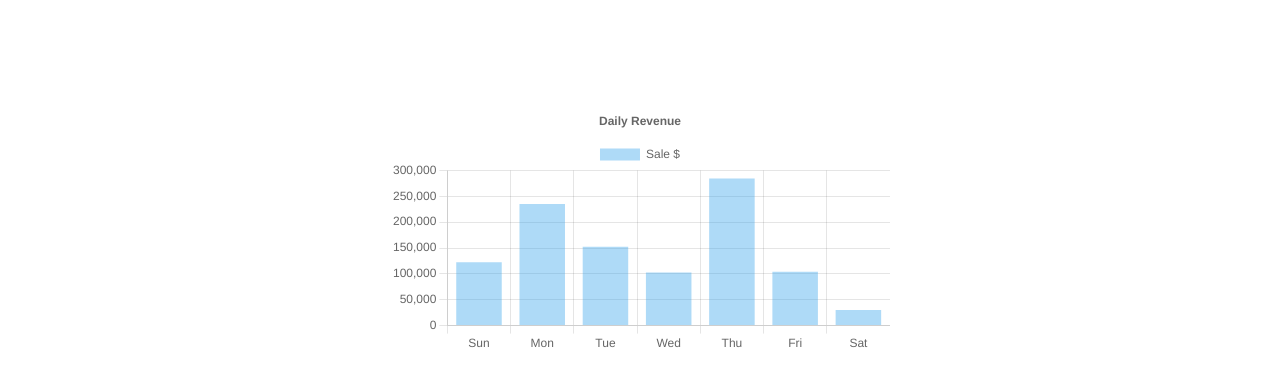
Repository: k8ANStar/exercise-5
Page: /
An editor plug-in stored every save of this project. The page is shown before and after the next save, followed by the edit.
The browser window is 1280 px wide. The pictures show the whole page.
The project was rebuilt for these pictures with package versions that can differ from the ones it lists, and the page was loaded fresh each time. The framework's server and built-in components were replaced by stand-ins that run in the browser. Also part of the build but not shown: next.config.mjs.

Above is the page before, as saved 2024-04-15 10:11:33.

After the next save:
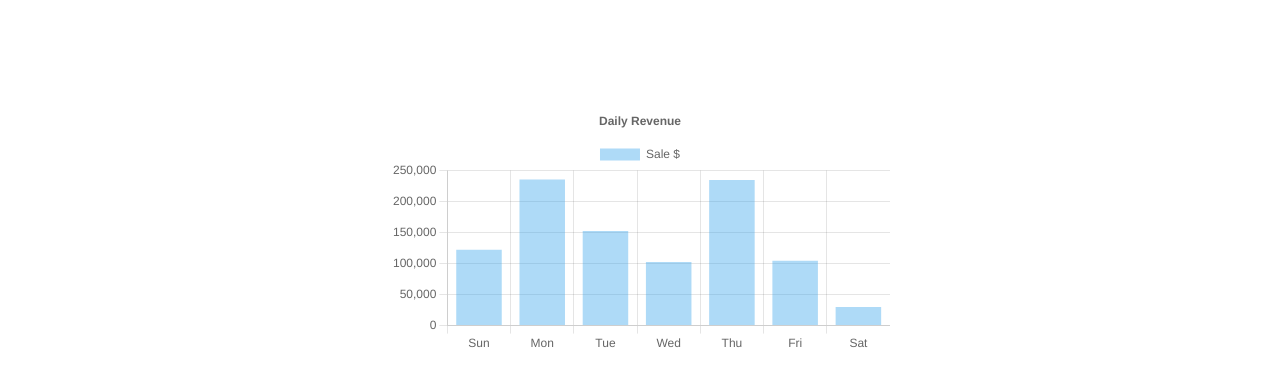
Saved 7 s later.
--- a/components/VerticalChart/index.js
+++ b/components/VerticalChart/index.js
@@ -33,7 +33,7 @@ export default function VerticalChart() {
 			datasets: [
 				{
 					label: "Sale $",
-					data: [122340, 235256, 152455, 102430, 284561, 104326, 30000],
+					data: [122340, 235256, 152455, 102430, 234561, 104326, 30000],
 					borderColor: "rgb(53, 162, 235)",
 					backgroundColor: "rgb(53, 162, 235, 0.4)",
 				},
